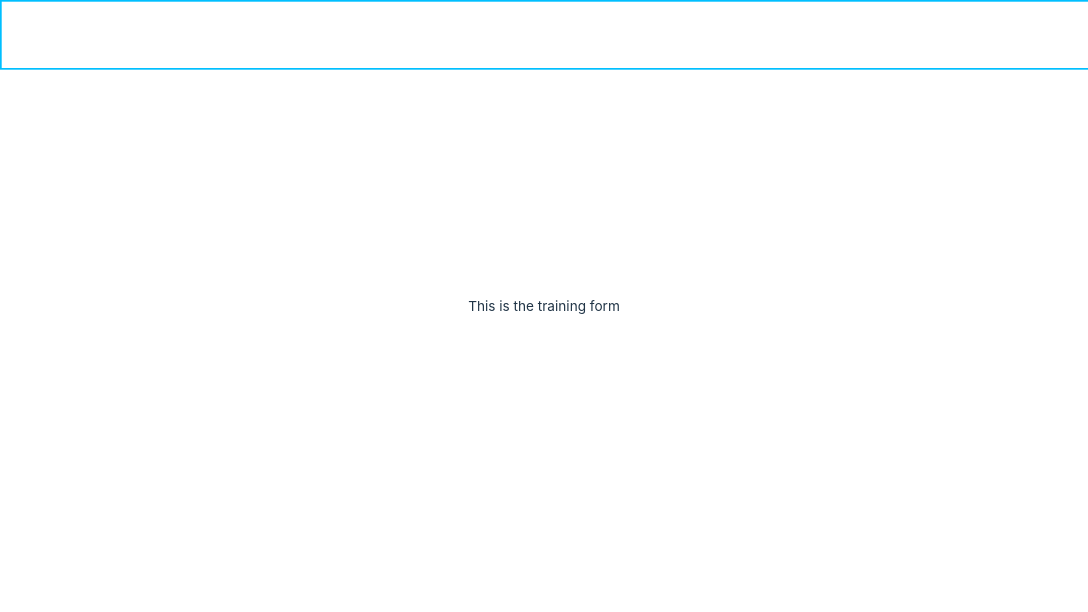
Repository: TMuse333/fitness_templates
Page: /contact
The author's editor kept a copy of each file at every save. The page is drawn from the files as they stood at one save, then again after a run of saves.
The browser window is 1280 px wide. The pictures show the whole page, at 85% of full size.
The project was rebuilt for these pictures with package versions that can differ from the ones it lists, and the page was loaded fresh each time. Also part of the build but not shown: vite.config.js, src/components/herobanner/herobanner.css, src/components/herobanner/herobanner.jsx, src/components/navbar3/navbar3.css, src/components/navbar3/navbar3.jsx, src/components/about/about.css, src/components/about/about.jsx, src/components/service/service.jsx and 25 more. Imported but missing from the stored project, and not drawn on this page: src/media/best_dunk.mp4.

Above is the page before, as saved 2024-03-06 07:50:49.

After the next 3 saves:
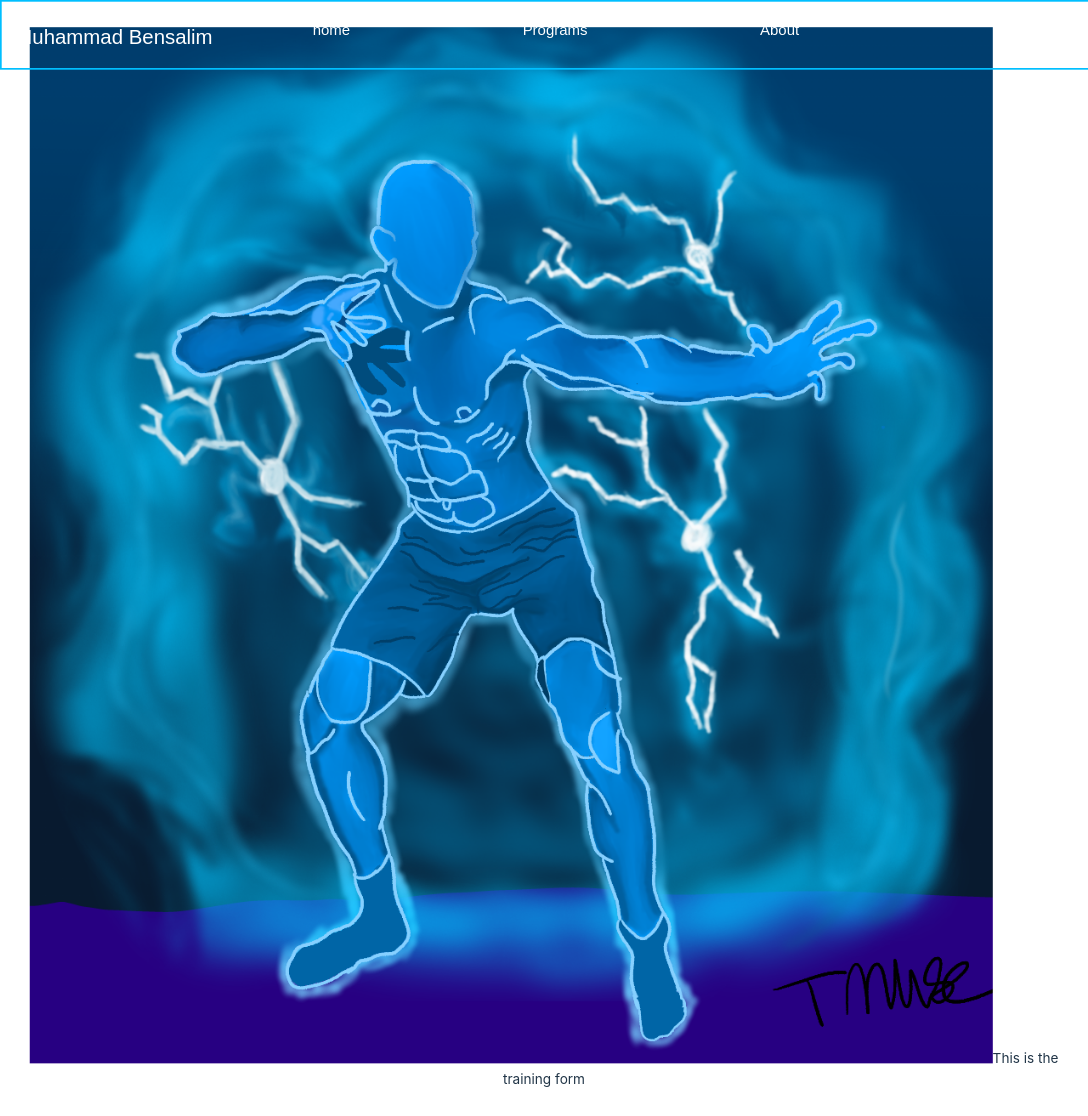
The 3 saves are shown as one change because they came seconds apart.
The last was saved 22 s later.
--- a/src/components/trainingForm/trainingForm.jsx
+++ b/src/components/trainingForm/trainingForm.jsx
@@ -24,7 +24,7 @@ const TrainingForm = () => {
             <Navbar
             links={links}
             />
-
+            <img src={striker}/>
             This is the training form
         </div>
     )
